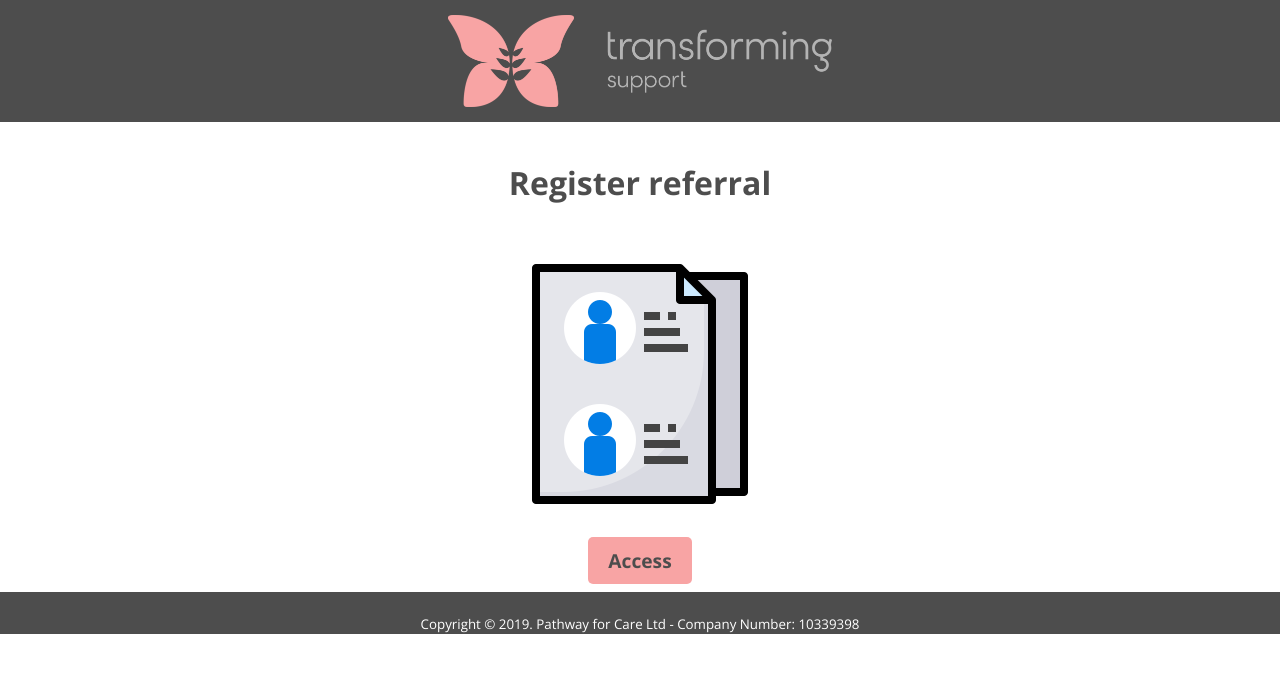
Repository: israelrodriguees/QAactivity
Page: http://localhost/referral/index.jsp
The author's editor kept a copy of each file at every save. The page is drawn from the files as they stood at one save, then again after the next save.
The browser window is 1280 px wide. The pictures show the whole page.
The page is served by Tomcat 9. Other server files are loaded and not shown.

Above is the page before, as saved 2021-09-09 11:41:40.

### referral/src/main/webapp/index.jsp
<!DOCTYPE html>
<html>
<head>
<meta charset="ISO-8859-1">
<title>Referral Form</title>
<link rel="icon" href="images/form.png">
<link rel="stylesheet" href="style.css">
</head>
<body>
	<div id="page">

		<header>
			<div class="image-container">
				<img id="TS" src="images/transforming-support-horizontal.png">
			</div>
		</header>
		<main>
			<div class="divHP">
				<h1 style="color: #4d4d4d;">Register referral</h1>
			</div>
			<div class="divHP">
				<img src="images/bigform.png">
			</div>
			<div class="divHP">
				<a href="main" class="button1">Access</a>
			</div>

		</main>
		<footer>
			<small>Copyright © 2019. Pathway for Care Ltd - Company
				Number: 10339398 </small>
		</footer>
	</div>
</body>
</html>

### referral/src/main/webapp/style.css
@charset "ISO-8859-1";

@import
	url('https://fonts.googleapis.com/css2?family=Open+Sans:wght@400;700&display=swap')
	;

body {
	font-family: 'Open Sans', sans-serif;;
	font-size: 1em;
	font-weight: 400;
	margin: 0;
}

h1 {
	color: #f8a4a4;
}

.divHP {
	text-align: center;
	display: inline-block;
	margin: auto;
	padding: 15px 0px 15px 0px;
	width: 100%;
}
#divTable{
	overflow: auto;
}

.divInput {
	border-color: #0C2749;
	border-width: 3px;
	padding: 2px;
}

#page {
	display: grid;
	grid-template-columns: 1fr;
	grid-template-rows: 0.2fr 0.7fr 0.2fr;
	grid-gap: 3px;
	width: 100vw;
	height: 100vh;
	grid-template-areas: "header" "main" "footer";
}

footer {
	background-color: #4d4d4d;
	grid-area: footer;
	color: #ffffff;
	text-align: center;
	padding-top: 20px;
}

.image-container {
	display: flex;
	justify-content: center;
	background-color:#4d4d4d;
}

#form-container {
	display: flex;
	flex-direction: column;
	text-align: center;
	justify-content: center;
	align-items: center;
	border: #4d4d4d;
	border-width: 2px;
	margin: 0 auto;
}

#TS {
	height: 30%;
	width: 30%;
	text-align: center;
	padding: 15px;
}

.button1 {
	text-decoration: none;
	text-align: center;
	background-color: #f8a4a4;
	padding: 10px 20px 10px 20px;
	color: #4d4d4d;
	font-size: 1.2em;
	font-weight: 700;
	border-radius: 5px;
	border: 0;
	cursor: pointer;
	width: 100px;
	height: 30px;
	margin: auto;
}

.button2 {
	text-decoration: none;
	background-color: #d51213;
	padding: 5px 10px 5px 10px;
	color: #fff;
	font-size: 1.2em;
	font-weight: 700;
	border-radius: 5px;
}

.Box1 {
	width: 800px;
	padding: 15px;
	margin-bottom: 10px;
	border: 1px solid #f8a4a4;
	border-radius: 5px;
}

.Box2 {
	width: 800px;
	height: 200px;
	padding: 15px;
	margin-bottom: 10px;
	border: 1px solid #f8a4a4;
	border-radius: 5px;
}

#Box3 {
	padding: 15px;
	margin-bottom: 10px;
	border: 1px solid #ff0000;
	border-radius: 5px;
}

#table {
	margin-top: 30px;
	border-collapse: collapse;
	overflow: auto;
	justify-content: center;
	align-items: center;
}

#table th {
	border: 1px solid #4d4d4d;
	padding: 10px;
	text-align: left;
	color: #4d4d4d;
	background-color: #f8a4a4;
}

#table td {
	border: 1px solid #4d4d4d;
	padding: 10px;
}

tr {
	display: block;
	text-align: center;
	margin: auto;
}

select {
	-webkit-appearance: none;
	-moz-appearance: none;
	appearance: none;
}

After the next save:
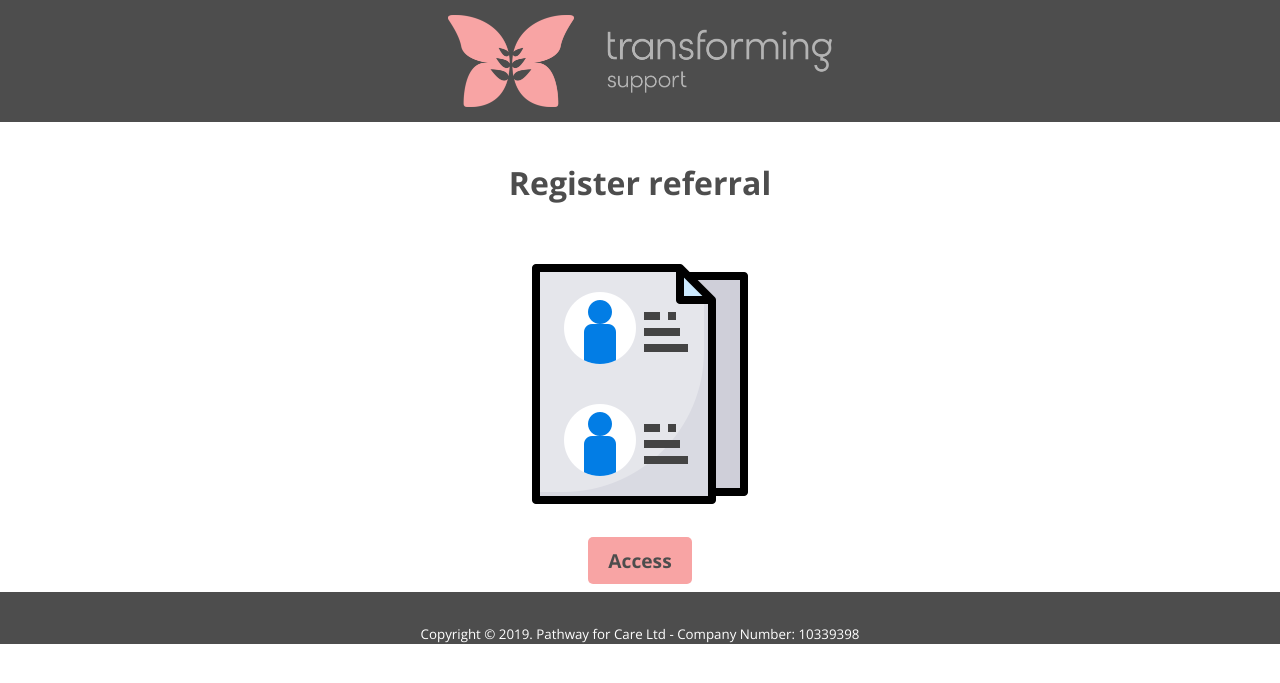
Saved 7 s later.
--- a/referral/src/main/webapp/index.jsp
+++ b/referral/src/main/webapp/index.jsp
@@ -5,6 +5,15 @@
 <title>Referral Form</title>
 <link rel="icon" href="images/form.png">
 <link rel="stylesheet" href="style.css">
+<style>
+footer {
+	background-color: #4d4d4d;
+	grid-area: footer;
+	color: #ffffff;
+	text-align: center;
+	padding-top: 30px;
+}
+</style>
 </head>
 <body>
 	<div id="page">
